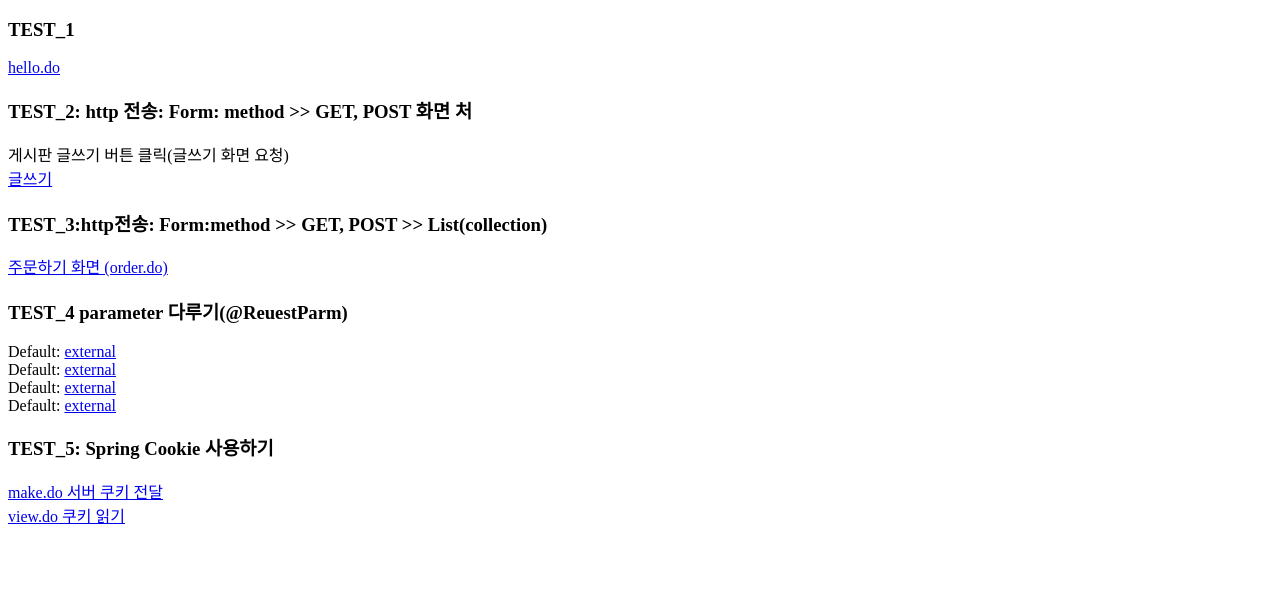
Repository: Ahn-Seung-ju/SpringLab
Page: SpringMVC_Basic03_Annotation/src/main/webapp/main.html
An editor plug-in stored every save of this project. The page is shown before and after the next save, followed by the edit.
The browser window is 1280 px wide. The pictures show the whole page.

Above is the page before, as saved 2021-05-06 06:43:54.

### SpringMVC_Basic03_Annotation/src/main/webapp/main.html
<!DOCTYPE html>
<html>
<head>
<meta charset="UTF-8">
<title>SpringWeb Annotation 연습하기</title>
</head>
<body>
	<h3>TEST_1</h3>
	<a href ="hello.do">hello.do</a>

	<h3>TEST_2: http 전송: Form: method >> GET, POST 화면 처</h3>
	게시판 글쓰기 버튼 클릭(글쓰기 화면 요청)<br>
	<a href = "article/newArticle.do">글쓰기</a>

	<h3>TEST_3:http전송: Form:method >> GET, POST >> List(collection)</h3>
	<a href = "order/order.do">주문하기 화면 (order.do)</a>

	<h3>TEST_4 parameter 다루기(@ReuestParm)</h3>
	Default: <a href = "search/external.do">external</a><br>
	Default: <a href = "search/external.do?p">external</a><br>
	Default: <a href = "search/external.do?query=100">external</a><br>
	Default: <a href = "search/external.do?p=200">external</a><br>

	<h3>TEST_5: Spring Cookie 사용하기</h3>
	<a href = "cookie/make.do">make.do 서버 쿠키 전달</a><br>
	<a href = "cookie/view.do">view.do 쿠키 읽기</a><br>

</body>
</html>

After the next save:
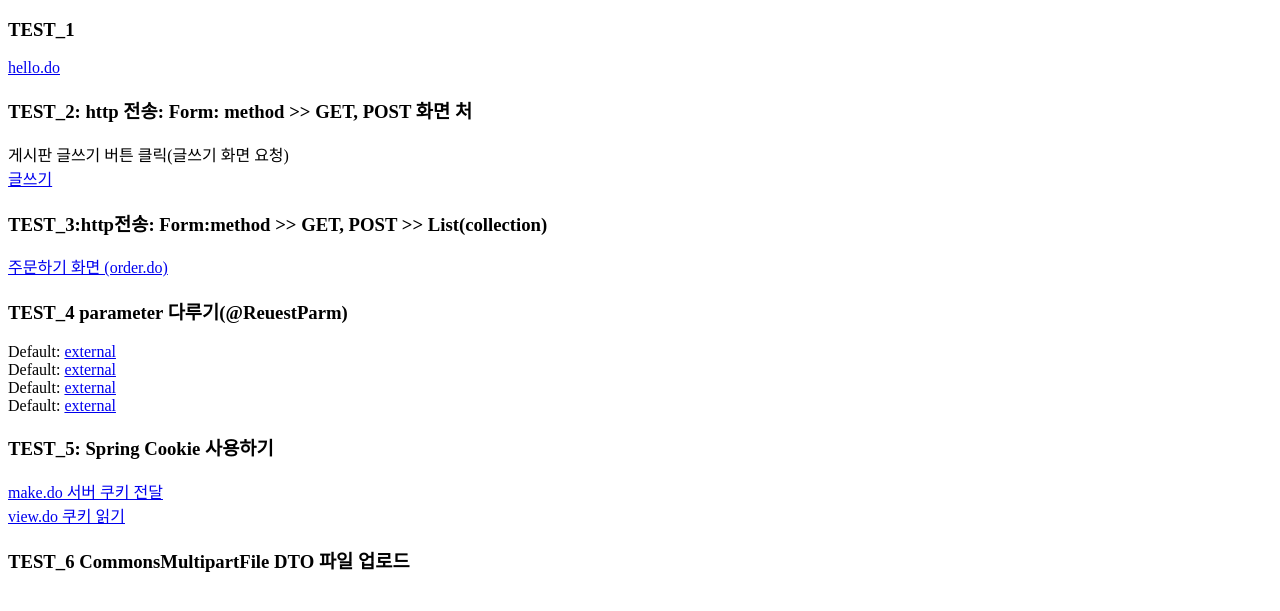
Saved 99 s later.
--- a/SpringMVC_Basic03_Annotation/src/main/webapp/main.html
+++ b/SpringMVC_Basic03_Annotation/src/main/webapp/main.html
@@ -25,5 +25,6 @@
 	<a href = "cookie/make.do">make.do 서버 쿠키 전달</a><br>
 	<a href = "cookie/view.do">view.do 쿠키 읽기</a><br>
 
+	<h3>TEST_6 CommonsMultipartFile DTO 파일 업로드</h3>
 </body>
 </html>
